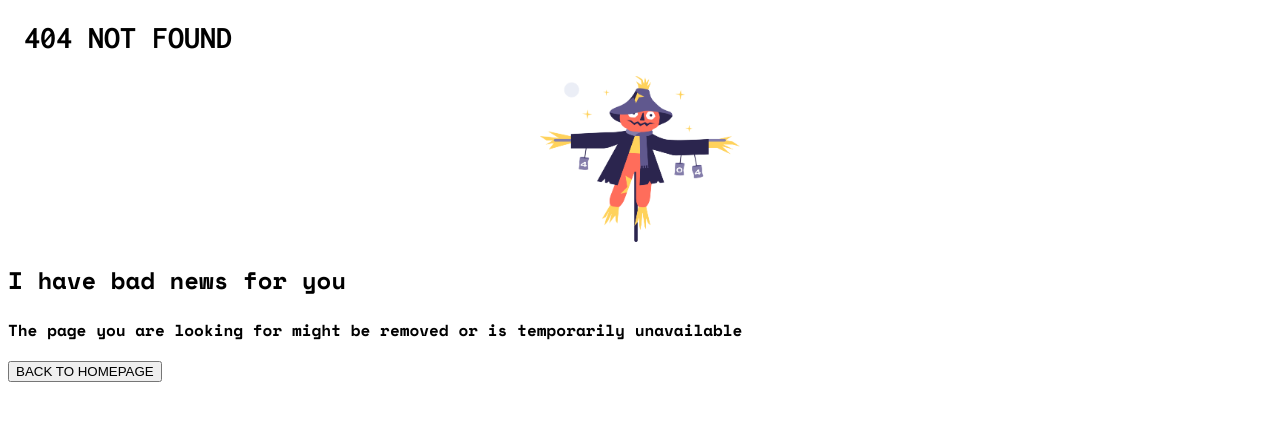
Repository: kellyalves87/404_not_found
Page: index.html
An editor plug-in stored every save of this project. The page is shown before and after the next save, followed by the edit.
The browser window is 1280 px wide. The pictures show the whole page.

Above is the page before, as saved 2021-05-16 14:44:53.

After the next save:
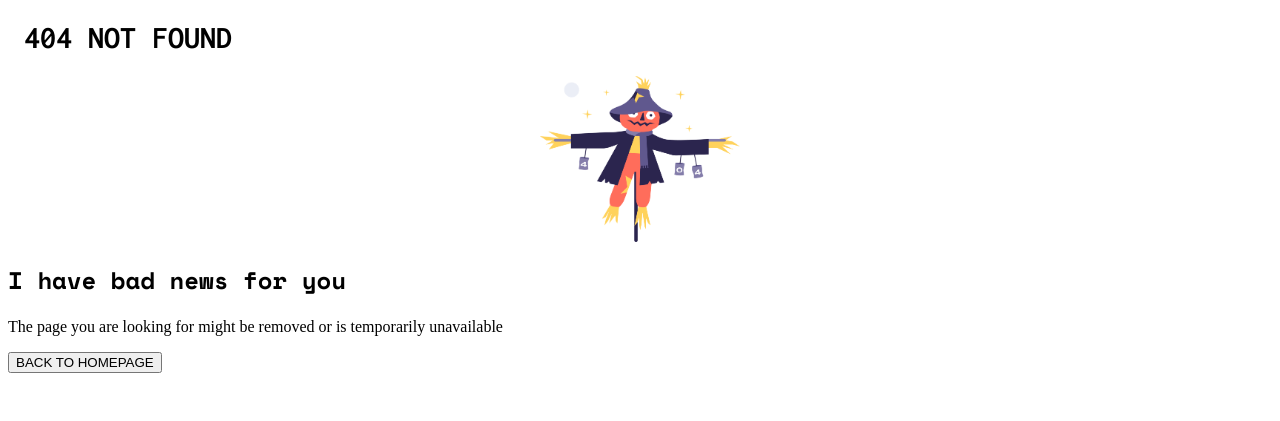
Saved 26 s later.
--- a/style/index.css
+++ b/style/index.css
@@ -12,7 +12,7 @@ img {
     width: 200px;
 }
 
-.content {
+.content h2 {
     font-family: Space Mono;
     font-weight: 700;
 }
